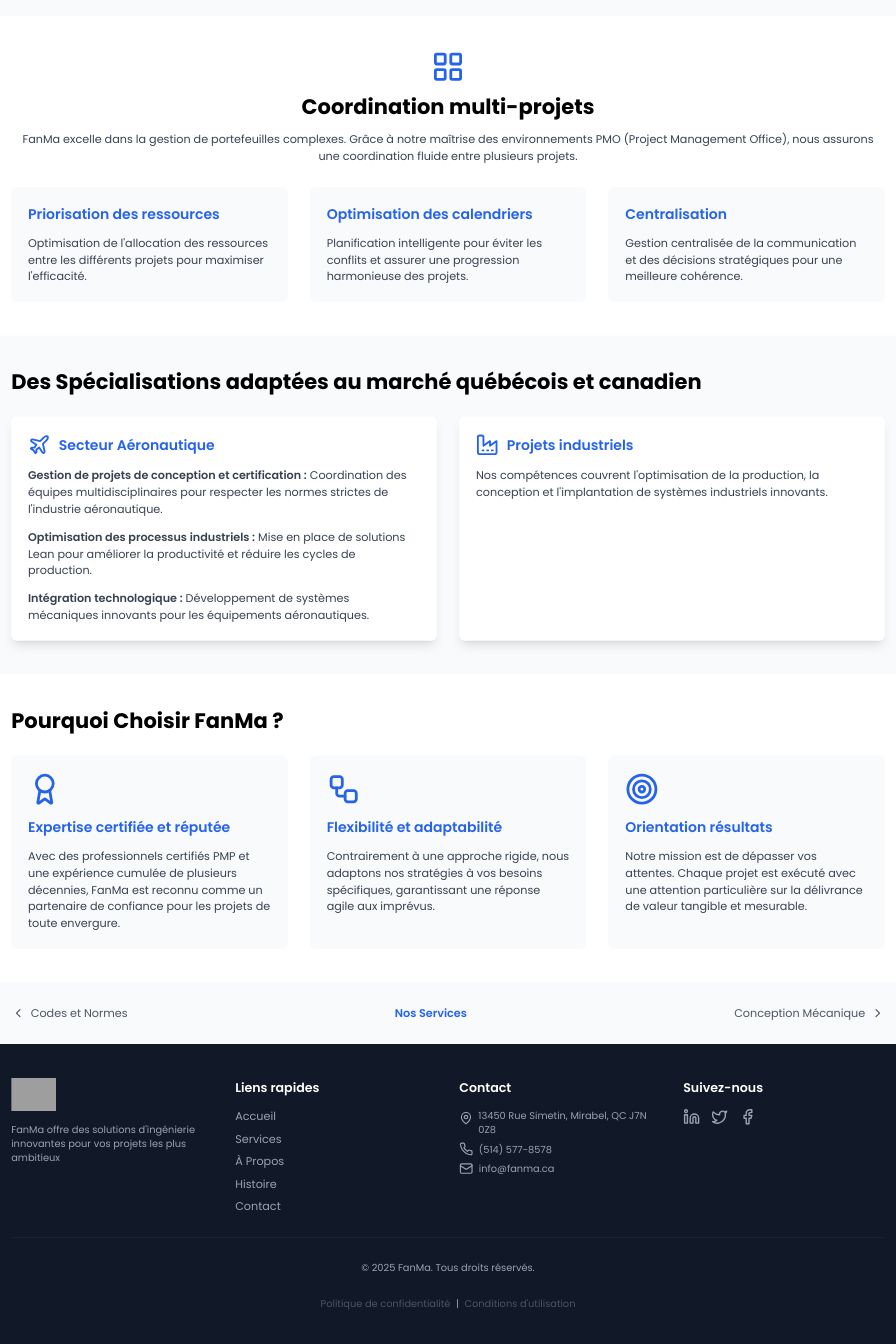
Repository: yannick930424/fanma-website
Page: /services/management
These files come from the project's save history. The page is drawn as it stood at one moment and after the next save; the edit follows.
The browser window is 1280 px wide. The pictures show the part of the page from y = 1309 to 3229 px (the page is 3229 px tall before and 3109 px after), at 70% of full size.
Pictures or frames that could not be fetched are drawn as grey boxes. The page's requests for data from a server got no answer. The project was rebuilt for these pictures with package versions that can differ from the ones it lists, and the page was loaded fresh each time. No one was signed in, and anything a server would have sent is missing. Also part of the build but not shown: vite.config.ts, src/pages/services/CFD1Analysis.tsx, src/pages/services/CFD2Analysis.tsx, src/pages/legal/Legal.tsx, src/pages/legal/PrivacyPolicy.tsx, src/pages/legal/TermsOfUse.tsx.

Above is the page before, as saved 2025-01-26 21:54:58.

### index.html
<!doctype html>
<html lang="fr">
  <head>
    <meta charset="UTF-8" />
    <link rel="icon" type="image/x-icon" href="https://fanma.ca/images/favicon.ico" />
    <link rel="icon" type="image/svg+xml" href="/vite.svg" />
    <meta name="viewport" content="width=device-width, initial-scale=1.0" />
    <title>FanMa Expert-conseil | Solutions d'ingénierie innovantes</title>

    <!-- SEO Meta Tags -->
    <meta name="description" content="FanMa Expert-conseil - Solutions d'ingénierie innovantes. Expertise en codes et normes, gestion de projet et conception mécanique au Québec.">
    <meta name="keywords" content="ingénierie, gestion de projet, conception mécanique, codes et normes, Québec, Montréal">

    <!-- Open Graph Meta Tags -->
    <meta property="og:title" content="FanMa Expert-conseil | Solutions d'ingénierie innovantes">
    <meta property="og:description" content="Solutions d'ingénierie innovantes pour vos projets les plus ambitieux">
    <meta property="og:image" content="https://fanma.ca/images/og-image.jpg">
    <meta property="og:url" content="https://fanma.ca">
    <meta property="og:type" content="website">

    <!-- Twitter Card Meta Tags -->
    <meta name="twitter:card" content="summary_large_image">
    <meta name="twitter:title" content="FanMa Expert-conseil">
    <meta name="twitter:description" content="Solutions d'ingénierie innovantes pour vos projets les plus ambitieux">
    <meta name="twitter:image" content="https://fanma.ca/images/og-image.jpg">

    <!-- Canonical URL -->
    <link rel="canonical" href="https://fanma.ca">
  </head>
  <body>
    <div id="root"></div>
    <script type="module" src="/src/main.tsx"></script>
  </body>
</html>

### src/App.tsx
import React, { Suspense } from 'react';
import { BrowserRouter, useRoutes } from 'react-router-dom';
import AnalyticsProvider from './components/analytics/AnalyticsProvider';
import { routes } from './routes';
import LoadingSpinner from './components/common/LoadingSpinner';
import CookieConsentBanner from './components/CookieConsentBanner';

function AppRoutes() {
  return useRoutes(routes);
}

function App() {
  return (
    <AnalyticsProvider>
      <BrowserRouter>
        <Suspense fallback={<LoadingSpinner />}>
          <AppRoutes />
        </Suspense>
        <CookieConsentBanner />
      </BrowserRouter>
    </AnalyticsProvider>
  );
}

export default App;

### src/index.css
@import url('https://fonts.googleapis.com/css2?family=Poppins:wght@300;400;500;600;700&display=swap');

@tailwind base;
@tailwind components;
@tailwind utilities;

:root {
  --primary-color: #2563eb;
  --secondary-color: #1e40af;
  --accent-color: #fbbf24;
  --text-color: #1f2937;
  --bg-light: #f3f4f6;
  --bg-medium: #e5e7eb;
  --bg-dark: #d1d5db;
}

body {
  font-family: 'Poppins', sans-serif;
}

.lang-btn {
  @apply px-2 py-1 rounded transition-colors duration-300;
}

.nav-link {
  @apply px-6 py-2 border-2 border-blue-600 rounded-full text-gray-700 hover:bg-blue-600 hover:text-white transition-all duration-300;
}

### src/components/analytics/AnalyticsProvider.tsx
import React, { useEffect } from 'react';
import { initGA4, initGTM, initGoogleAds } from '../../services/analytics';

export default function AnalyticsProvider({ children }: { children: React.ReactNode }) {
  useEffect(() => {
    // Initialize all analytics services
    initGTM();
    initGA4();
    initGoogleAds();
  }, []);

  return <>{children}</>;
}

### src/components/common/LoadingSpinner.tsx
import React from 'react';
import { Loader } from 'lucide-react';

export default function LoadingSpinner() {
  return (
    <div className="fixed inset-0 flex items-center justify-center bg-white bg-opacity-75">
      <Loader className="w-8 h-8 text-blue-600 animate-spin" />
    </div>
  );
}

### src/services/analytics/index.ts
export * from './ga4';
export * from './gtm';
export * from './google-ads';
export * from './types';

### src/pages/services/ManagementService.tsx
import React from 'react';
import ServiceHero from '../../components/services/ServiceHero';
import ServiceNavigation from '../../components/services/ServiceNavigation';
import ApproachSection from '../../components/services/management/ApproachSection';
import MonitoringSection from '../../components/services/management/MonitoringSection';
import CoordinationSection from '../../components/services/management/CoordinationSection';
import SpecializationsSection from '../../components/services/management/SpecializationsSection';
import WhyChooseSection from '../../components/services/management/WhyChooseSection';

export default function ManagementService() {
  return (
    <div>
      <ServiceHero serviceKey="management" />
      <ApproachSection />
      <MonitoringSection />
      <CoordinationSection />
      <SpecializationsSection />
      <WhyChooseSection />
      <ServiceNavigation currentService="management" />
    </div>
  );
}

### src/hooks/useLanguage.ts
import { create } from 'zustand';

type LanguageStore = {
  language: 'fr' | 'en';
  setLanguage: (language: 'fr' | 'en') => void;
};

export const useLanguage = create<LanguageStore>((set) => ({
  language: 'fr',
  setLanguage: (language) => set({ language }),
}));

### src/i18n/translations.ts
import { translations as allTranslations } from './translations/index';

export const translations = allTranslations;

### src/services/analytics/ga4.ts
import { analyticsConfig } from './config';
import type { AnalyticsEvent } from './types';

declare global {
  interface Window {
    gtag: (...args: any[]) => void;
  }
}

export function initGA4(): void {
  const { measurementId } = analyticsConfig.googleAnalytics;

  if (!measurementId) {
    console.warn('GA4 Measurement ID is not configured');
    return;
  }

  // Initialize Google Analytics 4
  const script = document.createElement('script');
  script.async = true;
  script.src = `https://www.googletagmanager.com/gtag/js?id=${measurementId}`;
  document.head.appendChild(script);

  window.dataLayer = window.dataLayer || [];
  window.gtag = function() {
    window.dataLayer.push(arguments);
  };
  window.gtag('js', new Date());
  window.gtag('config', measurementId);
}

export function trackEvent(event: AnalyticsEvent): void {
  if (!window.gtag) {
    console.warn('Google Analytics not initialized');
    return;
  }

  window.gtag('event', event.action, {
    event_category: event.category,
    event_label: event.label,
    value: event.value,
  });
}

### src/services/analytics/gtm.ts
import { analyticsConfig } from './config';

export function initGTM(): void {
  const { containerId } = analyticsConfig.googleTagManager;

  if (!containerId) {
    console.warn('GTM Container ID is not configured');
    return;
  }

  // Initialize Google Tag Manager
  const script = document.createElement('script');
  script.innerHTML = `
    (function(w,d,s,l,i){w[l]=w[l]||[];w[l].push({'gtm.start':
    new Date().getTime(),event:'gtm.js'});var f=d.getElementsByTagName(s)[0],
    j=d.createElement(s),dl=l!='dataLayer'?'&l='+l:'';j.async=true;j.src=
    'https://www.googletagmanager.com/gtm.js?id='+i+dl;f.parentNode.insertBefore(j,f);
    })(window,document,'script','dataLayer','${containerId}');
  `;
  document.head.appendChild(script);

  // Add GTM noscript iframe
  const noscript = document.createElement('noscript');
  const iframe = document.createElement('iframe');
  iframe.src = `https://www.googletagmanager.com/ns.html?id=${containerId}`;
  iframe.height = '0';
  iframe.width = '0';
  iframe.style.display = 'none';
  iframe.style.visibility = 'hidden';
  noscript.appendChild(iframe);
  document.body.appendChild(noscript);
}

### src/services/analytics/google-ads.ts
import { analyticsConfig } from './config';

export function initGoogleAds(): void {
  const { conversionId } = analyticsConfig.googleAds;

  if (!conversionId) {
    console.warn('Google Ads Conversion ID is not configured');
    return;
  }

  // Initialize Google Ads
  const script = document.createElement('script');
  script.async = true;
  script.src = `https://www.googletagmanager.com/gtag/js?id=AW-${conversionId}`;
  document.head.appendChild(script);

  window.dataLayer = window.dataLayer || [];
  window.gtag = function() {
    window.dataLayer.push(arguments);
  };
  window.gtag('js', new Date());
  window.gtag('config', `AW-${conversionId}`);
}

export function trackConversion(conversionLabel: string, value?: number): void {
  const { conversionId } = analyticsConfig.googleAds;

  if (!window.gtag) {
    console.warn('Google Ads not initialized');
    return;
  }

  window.gtag('event', 'conversion', {
    send_to: `AW-${conversionId}/${conversionLabel}`,
    value: value,
    currency: 'CAD',
  });
}

### src/services/analytics/types.ts
export interface AnalyticsConfig {
  googleAnalytics: {
    measurementId: string;
  };
  googleAds: {
    conversionId: string;
  };
  googleTagManager: {
    containerId: string;
  };
}

export interface AnalyticsEvent {
  category: string;
  action: string;
  label?: string;
  value?: number;
}

### src/components/LanguageSwitch.tsx
import React from 'react';
import { useLanguage } from '../hooks/useLanguage';

export default function LanguageSwitch() {
  const { language, setLanguage } = useLanguage();

  return (
    <div className="flex items-center space-x-2">
      <button
        onClick={() => setLanguage('fr')}
        className={`lang-btn ${language === 'fr' ? 'bg-blue-600 text-white' : 'text-gray-700'}`}
      >
        FR
      </button>
      <button
        onClick={() => setLanguage('en')}
        className={`lang-btn ${language === 'en' ? 'bg-blue-600 text-white' : 'text-gray-700'}`}
      >
        EN
      </button>
    </div>
  );
}

### src/components/services/ServiceHero.tsx
import React from 'react';
import { useLanguage } from '../../hooks/useLanguage';
import { translations } from '../../i18n/translations';
import { BookOpen, Target, Wrench } from 'lucide-react';

const serviceIcons = {
  codes: BookOpen,
  management: Target,
  mechanical: Wrench,
};

interface ServiceHeroProps {
  serviceKey: keyof typeof serviceIcons;
}

export default function ServiceHero({ serviceKey }: ServiceHeroProps) {
  const { language } = useLanguage();
  const t = translations[language];
  const Icon = serviceIcons[serviceKey];

  return (
    <div className="bg-gradient-to-b from-blue-50 to-white py-20">
      <div className="max-w-4xl mx-auto px-4 text-center">
        <Icon className="w-16 h-16 text-blue-600 mx-auto mb-6" />
        <h1 className="text-4xl md:text-5xl font-bold text-gray-900 mb-6">
          {t.services[serviceKey].title}
        </h1>
        <p className="text-xl text-gray-700">
          {t.services[serviceKey].description}
        </p>
      </div>
    </div>
  );
}

### src/components/services/management/MonitoringSection.tsx
import React from 'react';
import { LineChart, Users, CheckSquare } from 'lucide-react';
import { useLanguage } from '../../../hooks/useLanguage';
import { translations } from '../../../i18n/translations';

export default function MonitoringSection() {
  const { language } = useLanguage();
  const t = translations[language].services.management.monitoring;

  return (
    <section className="py-12 bg-gray-50">
      <div className="max-w-7xl mx-auto px-4">
        <h2 className="text-3xl font-bold mb-8">{t.title}</h2>

        <div className="grid md:grid-cols-3 gap-8">
          {t.sections.map((section, index) => {
            const Icon = index === 0 ? LineChart :
                        index === 1 ? Users : CheckSquare;

            return (
              <div key={section.title} className="bg-white p-6 rounded-lg shadow-lg">
                <Icon className="w-12 h-12 text-blue-600 mb-4" />
                <h3 className="text-xl font-semibold text-blue-600 mb-4">
                  {section.title}
                </h3>
                <p className="text-gray-700">
                  {section.description}
                </p>
              </div>
            );
          })}
        </div>
      </div>
    </section>
  );
}

### src/components/services/management/CoordinationSection.tsx
import React from 'react';
import { LayoutGrid } from 'lucide-react';
import { useLanguage } from '../../../hooks/useLanguage';
import { translations } from '../../../i18n/translations';

export default function CoordinationSection() {
  const { language } = useLanguage();
  const t = translations[language].services.management.coordination;

  return (
    <section className="py-12 bg-white">
      <div className="max-w-7xl mx-auto px-4">
        <div className="text-center mb-8">
          <LayoutGrid className="w-12 h-12 text-blue-600 mx-auto mb-4" />
          <h2 className="text-3xl font-bold">{t.title}</h2>
          <p className="text-gray-700 mt-4">{t.description}</p>
        </div>

        <div className="grid md:grid-cols-3 gap-8 mt-8">
          {t.features.map((feature) => (
            <div key={feature.title} className="bg-gray-50 p-6 rounded-lg">
              <h3 className="text-xl font-semibold text-blue-600 mb-4">
                {feature.title}
              </h3>
              <p className="text-gray-700">{feature.description}</p>
            </div>
          ))}
        </div>
      </div>
    </section>
  );
}

### src/components/services/management/SpecializationsSection.tsx
import React from 'react';
import { Plane, Factory } from 'lucide-react';

export default function SpecializationsSection() {
  return (
    <section className="py-12 bg-gray-50">
      <div className="max-w-7xl mx-auto px-4">
        <h2 className="text-3xl font-bold mb-8">Des Spécialisations adaptées au marché québécois et canadien</h2>

        <div className="grid md:grid-cols-2 gap-8">
          <div className="bg-white p-6 rounded-lg shadow-lg">
            <div className="flex items-center mb-4">
              <Plane className="w-8 h-8 text-blue-600 mr-3" />
              <h3 className="text-xl font-semibold text-blue-600">Secteur Aéronautique</h3>
            </div>
            <ul className="space-y-4 text-gray-700">
              <li>
                <span className="font-semibold">Gestion de projets de conception et certification :</span>
                {' '}Coordination des équipes multidisciplinaires pour respecter les normes strictes de l'industrie aéronautique.
              </li>
              <li>
                <span className="font-semibold">Optimisation des processus industriels :</span>
                {' '}Mise en place de solutions Lean pour améliorer la productivité et réduire les cycles de production.
              </li>
              <li>
                <span className="font-semibold">Intégration technologique :</span>
                {' '}Développement de systèmes mécaniques innovants pour les équipements aéronautiques.
              </li>
            </ul>
          </div>

          <div className="bg-white p-6 rounded-lg shadow-lg">
            <div className="flex items-center mb-4">
              <Factory className="w-8 h-8 text-blue-600 mr-3" />
              <h3 className="text-xl font-semibold text-blue-600">Projets industriels</h3>
            </div>
            <p className="text-gray-700">
              Nos compétences couvrent l'optimisation de la production, la conception et l'implantation
              de systèmes industriels innovants.
            </p>
          </div>
        </div>
      </div>
    </section>
  );
}

### src/services/analytics/config.ts
import { AnalyticsConfig } from './types';

export const analyticsConfig: AnalyticsConfig = {
  googleAnalytics: {
    measurementId: import.meta.env.VITE_GA_MEASUREMENT_ID,
  },
  googleAds: {
    conversionId: import.meta.env.VITE_GOOGLE_ADS_CONVERSION_ID,
  },
  googleTagManager: {
    containerId: import.meta.env.VITE_GTM_CONTAINER_ID,
  },
};

### src/components/Footer/SocialLinks.tsx
import React from 'react';
import { Linkedin, Twitter, Facebook } from 'lucide-react';

const socialLinks = {
  linkedin: "https://www.linkedin.com/company/fanma-expert-conseil",
  twitter: "https://twitter.com/fanma",
  facebook: "https://facebook.com/fanma"
};

export default function SocialLinks() {
  return (
    <div className="flex space-x-4">
      <a href={socialLinks.linkedin} className="text-gray-400 hover:text-white transition duration-300" target="_blank" rel="noopener noreferrer">
        <Linkedin className="w-6 h-6" />
      </a>
      <a href={socialLinks.twitter} className="text-gray-400 hover:text-white transition duration-300" target="_blank" rel="noopener noreferrer">
        <Twitter className="w-6 h-6" />
      </a>
      <a href={socialLinks.facebook} className="text-gray-400 hover:text-white transition duration-300" target="_blank" rel="noopener noreferrer">
        <Facebook className="w-6 h-6" />
      </a>
    </div>
  );
}

### src/components/Footer/ContactInfo.tsx
import React from 'react';
import { MapPin, Phone, Mail } from 'lucide-react';
import { useLanguage } from '../../hooks/useLanguage';
import { translations } from '../../i18n/translations';

export default function ContactInfo() {
  const { language } = useLanguage();
  const t = translations[language];

  return (
    <ul className="space-y-2 text-sm text-gray-400">
      <li className="flex items-start">
        <MapPin className="w-5 h-5 mr-2 mt-1" />
        <span>{t.footer.address}</span>
      </li>
      <li className="flex items-center">
        <Phone className="w-5 h-5 mr-2" />
        <span>{t.footer.phone}</span>
      </li>
      <li className="flex items-center">
        <Mail className="w-5 h-5 mr-2" />
        <span>{t.footer.email}</span>
      </li>
    </ul>
  );
}

### src/components/Footer/QuickLinks.tsx
import React from 'react';
import { Link } from 'react-router-dom';
import { useLanguage } from '../../hooks/useLanguage';
import { translations } from '../../i18n/translations';

export default function QuickLinks() {
  const { language } = useLanguage();
  const t = translations[language];

  return (
    <ul className="space-y-2">
      <li>
        <Link to="/" className="text-gray-400 hover:text-white transition duration-300">
          {t.nav.home}
        </Link>
      </li>
      <li>
        <Link to="/services" className="text-gray-400 hover:text-white transition duration-300">
          {t.nav.services}
        </Link>
      </li>
      <li>
        <Link to="/about" className="text-gray-400 hover:text-white transition duration-300">
          {t.nav.about}
        </Link>
      </li>
      <li>
        <Link to="/history" className="text-gray-400 hover:text-white transition duration-300">
          {t.nav.history}
        </Link>
      </li>
      <li>
        <Link to="/contact" className="text-gray-400 hover:text-white transition duration-300">
          {t.nav.contact}
        </Link>
      </li>
    </ul>
  );
}

Loaded but not shown: src/main.tsx (common file); tailwind.config.js (common file); src/i18n/translations/services/mechanical/cfd.ts (188 lines, source omitted); src/i18n/translations/services/mechanical.ts (200 lines, source omitted); src/i18n/translations/legal.ts (194 lines, source omitted); src/i18n/translations/services/codes.ts (158 lines, source omitted); src/i18n/translations/services/management.ts (156 lines, source omitted); src/components/CookieConsentBanner.tsx (175 lines, source omitted); src/i18n/translations/pages/about.ts (100 lines, source omitted); src/i18n/translations/pages/history.ts (122 lines, source omitted); src/i18n/translations/cookies.ts (105 lines, source omitted); src/components/Layout.tsx (97 lines, source omitted); src/i18n/translations/pages/contact.ts (76 lines, source omitted); src/components/services/management/ApproachSection.tsx (49 lines, source omitted); src/components/services/ServiceNavigation.tsx (60 lines, source omitted); src/routes/index.tsx (50 lines, source omitted); src/components/services/management/WhyChooseSection.tsx (41 lines, source omitted); src/components/Footer/Footer.tsx (53 lines, source omitted); src/i18n/translations/index.ts (46 lines, source omitted); src/i18n/translations/services/index.ts (50 lines, source omitted); src/i18n/translations/pages/home.ts (32 lines, source omitted); src/i18n/translations/common.ts (45 lines, source omitted)

After the next save:
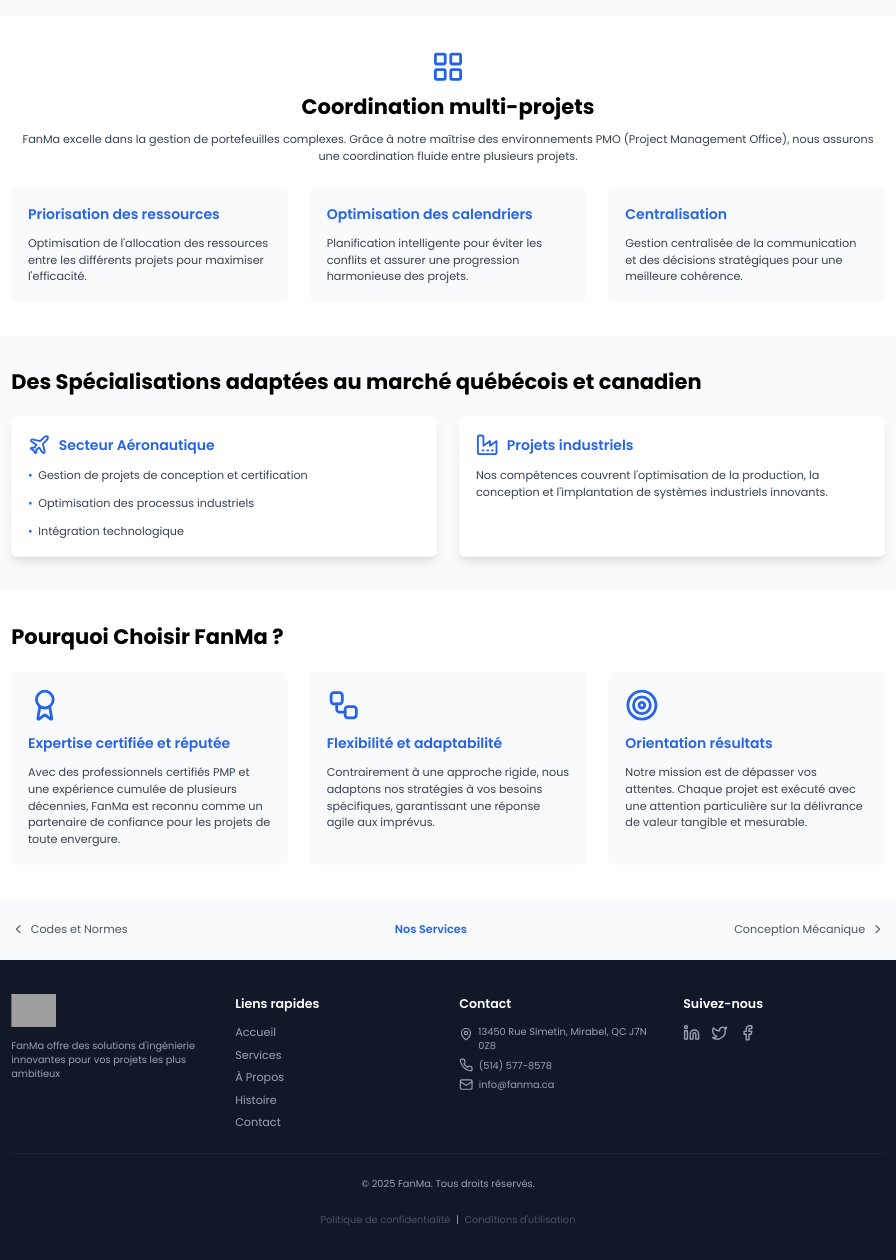
Saved 21 s later.
--- a/src/components/services/management/SpecializationsSection.tsx
+++ b/src/components/services/management/SpecializationsSection.tsx
@@ -1,42 +1,44 @@
 import React from 'react';
 import { Plane, Factory } from 'lucide-react';
+import { useLanguage } from '../../../hooks/useLanguage';
+import { translations } from '../../../i18n/translations';
 
 export default function SpecializationsSection() {
+  const { language } = useLanguage();
+  const t = translations[language].services.management.specializations;
+
   return (
     <section className="py-12 bg-gray-50">
       <div className="max-w-7xl mx-auto px-4">
-        <h2 className="text-3xl font-bold mb-8">Des Spécialisations adaptées au marché québécois et canadien</h2>
+        <h2 className="text-3xl font-bold mb-8">{t.title}</h2>
 
         <div className="grid md:grid-cols-2 gap-8">
           <div className="bg-white p-6 rounded-lg shadow-lg">
             <div className="flex items-center mb-4">
               <Plane className="w-8 h-8 text-blue-600 mr-3" />
-              <h3 className="text-xl font-semibold text-blue-600">Secteur Aéronautique</h3>
+              <h3 className="text-xl font-semibold text-blue-600">
+                {t.sectors.aerospace.title}
+              </h3>
             </div>
             <ul className="space-y-4 text-gray-700">
-              <li>
-                <span className="font-semibold">Gestion de projets de conception et certification :</span>
-                {' '}Coordination des équipes multidisciplinaires pour respecter les normes strictes de l'industrie aéronautique.
-              </li>
-              <li>
-                <span className="font-semibold">Optimisation des processus industriels :</span>
-                {' '}Mise en place de solutions Lean pour améliorer la productivité et réduire les cycles de production.
-              </li>
-              <li>
-                <span className="font-semibold">Intégration technologique :</span>
-                {' '}Développement de systèmes mécaniques innovants pour les équipements aéronautiques.
-              </li>
+              {t.sectors.aerospace.features.map((feature, index) => (
+                <li key={index} className="flex items-start">
+                  <span className="text-blue-600 mr-2">•</span>
+                  {feature}
+                </li>
+              ))}
             </ul>
           </div>
 
           <div className="bg-white p-6 rounded-lg shadow-lg">
             <div className="flex items-center mb-4">
               <Factory className="w-8 h-8 text-blue-600 mr-3" />
-              <h3 className="text-xl font-semibold text-blue-600">Projets industriels</h3>
+              <h3 className="text-xl font-semibold text-blue-600">
+                {t.sectors.industrial.title}
+              </h3>
             </div>
             <p className="text-gray-700">
-              Nos compétences couvrent l'optimisation de la production, la conception et l'implantation
-              de systèmes industriels innovants.
+              {t.sectors.industrial.description}
             </p>
           </div>
         </div>
